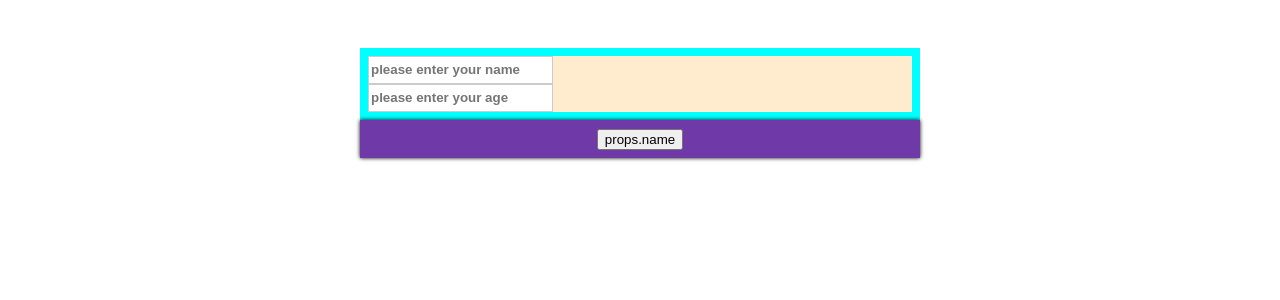
Repository: NamalPathirana/section-eight
Page: /
An editor plug-in stored every save of this project. The page is shown before and after the next save, followed by the edit.
The browser window is 1280 px wide. The pictures show the whole page.
The project was rebuilt for these pictures with package versions that can differ from the ones it lists, and the page was loaded fresh each time.

Above is the page before, as saved 2021-11-25 21:46:12.

### src/App.js
import logo from './logo.svg';
import './App.css';
import UserInput from './Components/UserInput/UserInput';

function App() {
  return (
    <div className="App">
      <section>
      <UserInput></UserInput>
      </section>
    </div>
  );
}

export default App;

### src/App.css
.App {
  text-align: center;
  display: flex;
  flex-direction: column;
  width: 35rem;
  max-width: 90%;
  margin: 3rem auto;
  background-color: aqua;
}

### src/Components/UserInput/UserInput.js
import Button from '../../UI/Button/Button';
import styles from './UserInput.module.css'

const UserInput = () => {
    return (
        <form>
        <div className={styles.frame}>
            <input placeholder='please enter your name'/>
            <input placeholder='please enter your age'/>
        </div>
        <Button name='Add User'></Button>
        </form>
    );
};

export default UserInput;

### src/UI/Button/Button.js
import styles from './Button.module.css'

const Button = (props) => {

    return(
        <div className={styles.button} >
            <button >props.name</button>
        </div>
    )
}

export default Button;

### src/Components/UserInput/UserInput.module.css
.frame{
    margin: 0.5rem 0.5rem;
    background-color: blanchedalmond;
}

.frame input{
    display: block;
    font-weight: bold;
    border: 1px solid #ccc;
    line-height: 1.5rem;
    padding: 100 0.25rm;
}

### src/UI/Button/Button.module.css
.button{
    font: inherit;
    padding: 0.5rem 1.5rem;
    background-color: rgb(112, 57, 168);
    color:white;
    box-shadow: 0 0 4px black;
    cursor: pointer;
}

.button:focus{
    outline: none;
}

.button:hover,.button:active{
    background-color: rgb(185, 140, 231);
    border-color: rgb(185, 140, 231);
    box-shadow: 0 0 8px black;
}

Loaded but not shown: public/index.html (common file); src/index.js (common file); src/index.css (common file); src/reportWebVitals.js (common file)

After the next save:
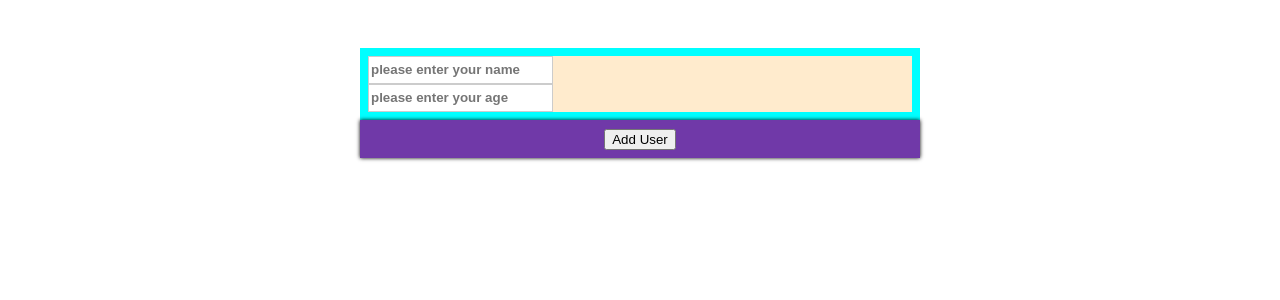
Saved 8 s later.
--- a/src/UI/Button/Button.js
+++ b/src/UI/Button/Button.js
@@ -4,7 +4,7 @@ const Button = (props) => {
 
     return(
         <div className={styles.button} >
-            <button >props.name</button>
+            <button >{props.name}</button>
         </div>
     )
 }
